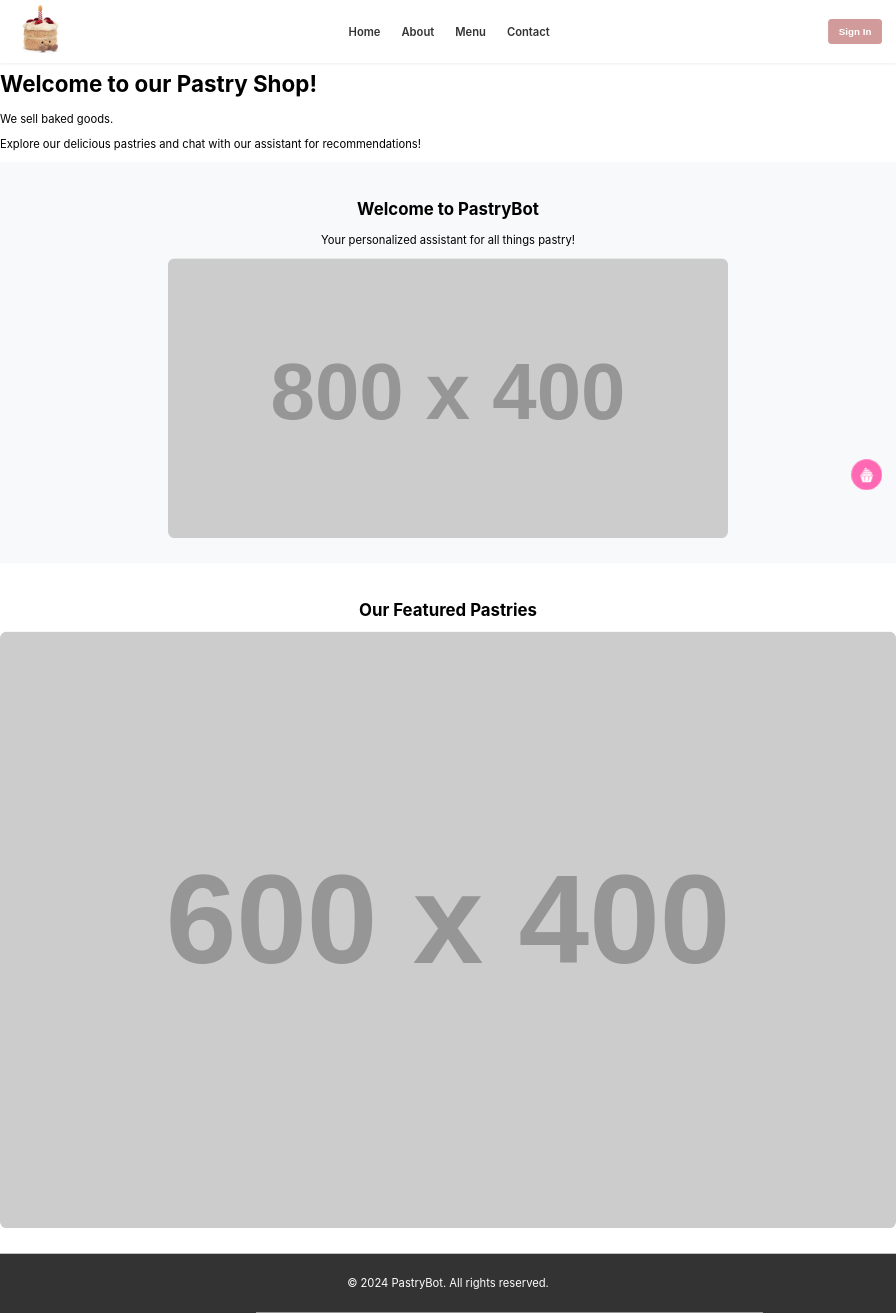
Repository: agrnerd17/Website-Chatbot
Page: / (app in pastry-chatbot/)
The author's editor kept a copy of each file at every save. The page is drawn from the files as they stood at one save, then again after the next save.
The browser window is 1280 px wide. The pictures show the whole page, at 70% of full size.
The project was rebuilt for these pictures with package versions that can differ from the ones it lists, and the page was loaded fresh each time. Also part of the build but not shown: pastry-chatbot/src/components/Chatbot.js.

Above is the page before, as saved 2024-12-09 14:28:31.

After the next save:
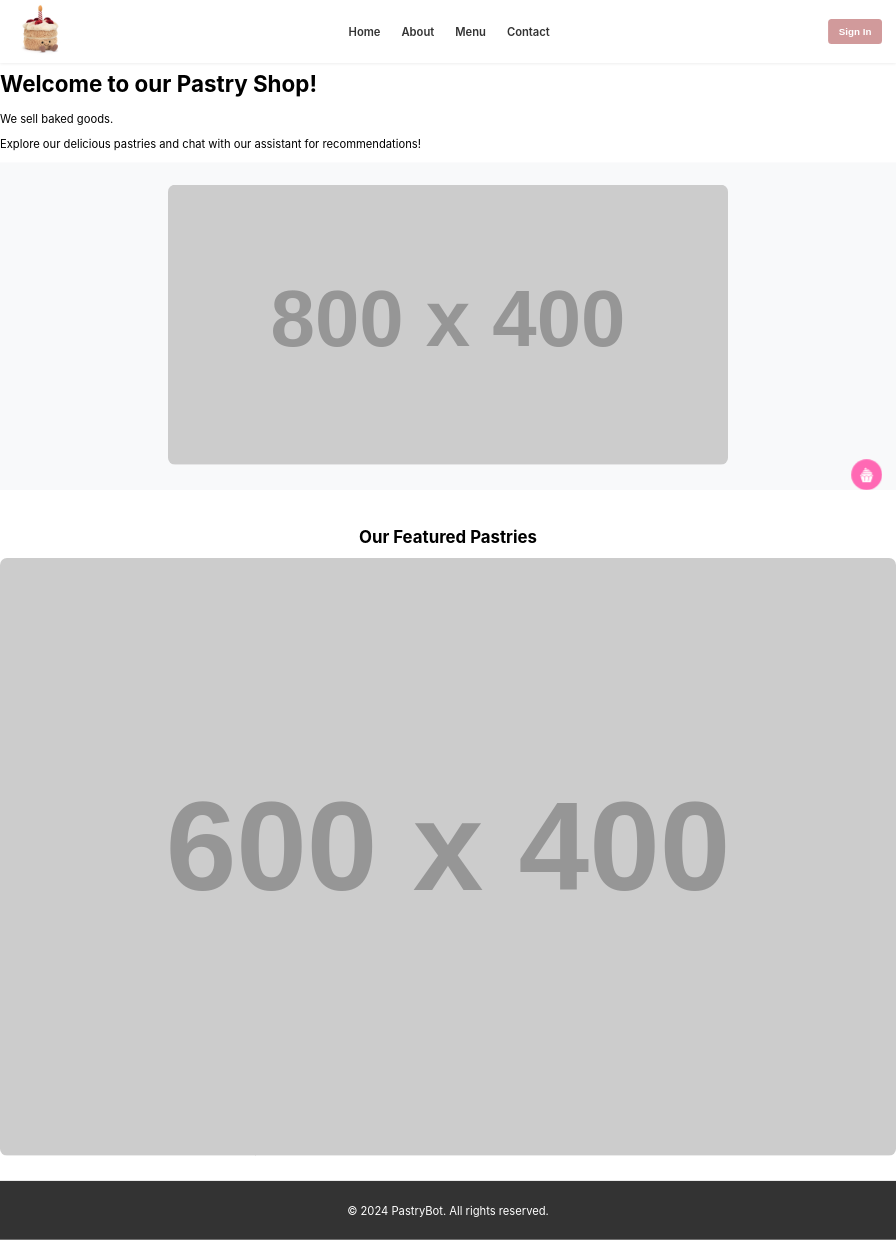
Saved 94 s later.
--- a/pastry-chatbot/src/components/Homepage.js
+++ b/pastry-chatbot/src/components/Homepage.js
@@ -9,8 +9,6 @@ const Homepage = () => {
     <div>
       {/* Hero Section */}
       <section style={{ textAlign: 'center', padding: '2rem 0', backgroundColor: '#f8f9fa' }}>
-        <h1>Welcome to PastryBot</h1>
-        <p>Your personalized assistant for all things pastry!</p>
         <img
           src="https://via.placeholder.com/800x400" // Replace with your hero image URL
           alt="Delicious Pastries"
